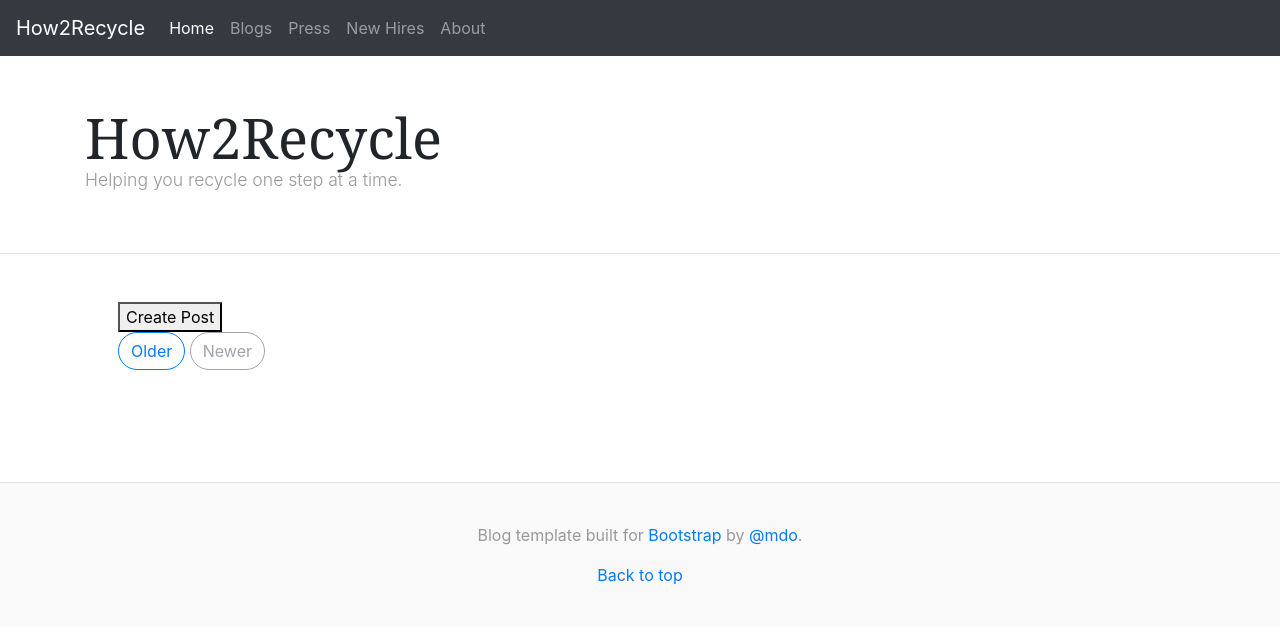
Repository: AshokSasi/CopyNPasta-Recycle-App
Page: http://localhost/posts/index
These files come from the project's save history. The page is drawn as it stood at one moment and after the next save; the edit follows.
The browser window is 1280 px wide. The pictures show the whole page.
The page is served by the project's Laravel application, run on PHP 8.4 with Laravel 8. Other server files are loaded and not shown. Queries for data that is not in the repository find no rows.

Above is the page before, as saved 2021-09-25 15:10:26.

### routes/web.php
<?php


Route::get('/','ItemsController@index');

Route::get('/home/{item}','ItemsController@show');

Route::get('/posts/index','PostsController@index');

Route::get('/posts/create','PostsController@create');

Route::post('/posts','PostsController@store');


Route::get('/posts/{post}','PostsController@show');

Route::post('/posts/{post}/comments','CommentsController@store');

### app/Http/Controllers/PostsController.php
<?php

namespace App\Http\Controllers;

use Illuminate\Http\Request;

use App\Post;

class PostsController extends Controller
{
    public function index()
    {
        $posts = Post::latest()->get();

        return view('posts.index',compact('posts'));
    }

    public function show(Post $post)
    {

        return view('posts.show',compact('post'));
    }

    public function create()
    {
        return view('posts.create');
    }

    public function store()
    {


        //Validate requires data
        $this->validate(request(),[
            'title' => 'required',
            'body' => 'required'
        ]);

        //create
        Post::create(request(['title','body']));

        //And redirect to home page
        return redirect('/');
    }
}

### app/Post.php
<?php

namespace App;


class Post extends Model
{
    public function comments()
    {
        return $this->hasMany(Comment::class);


    }

    public function addComment($body)
    {

       //add a comment to a post
        $this->comments()->create(compact('body'));

    }


}

### app/Model.php
<?php

namespace App;

use Illuminate\Database\Eloquent\Model as Eloquent;

class Model extends Eloquent
{

    protected $guarded = [];
}

### resources/views/posts/index.blade.php
@extends('layouts.master')

@section('content')



        <div class="col-md-8 blog-main">
          <button>Create Post</button>

          @foreach ($posts as $post)

             @include('posts.post')

          @endforeach


          <nav class="blog-pagination">
            <a class="btn btn-outline-primary" href="#">Older</a>
            <a class="btn btn-outline-secondary disabled" href="#">Newer</a>
          </nav>

        </div><!-- /.blog-main -->



      <!-- /.row -->

   <!-- /.container -->



@endsection

### resources/views/layouts/master.blade.php

<!doctype html>
<html lang="en">
  <head>
    <meta charset="utf-8">
    <meta name="viewport" content="width=device-width, initial-scale=1, shrink-to-fit=no">
    <meta name="description" content="">
    <meta name="author" content="">
    <link rel="icon" href="/docs/4.0/assets/img/favicons/favicon.ico">

    <title>The Bootstrap Blog</title>

    <link rel="canonical" href="https://getbootstrap.com/docs/4.0/examples/album/">

    <!-- Bootstrap core CSS -->
    <link rel="stylesheet" href="https://maxcdn.bootstrapcdn.com/bootstrap/4.0.0/css/bootstrap.min.css"
    integrity="sha384-Gn5384xqQ1aoWXA+058RXPxPg6fy4IWvTNh0E263XmFcJlSAwiGgFAW/dAiS6JXm" crossorigin="anonymous">

    <!-- Custom styles for this template -->
    <link href="/css/app.css" rel="stylesheet">
  </head>

  <body>

    <header>


    @include('layouts.nav')


    </header>

<div class="container p-3 p-md-5">
  <div class="row">
    @yield('content')

  </div>

</div>
@include('layouts.footer')

    <!-- Bootstrap core JavaScript
    ================================================== -->
    <!-- Placed at the end of the document so the pages load faster -->

  </body>
</html>

### resources/views/layouts/nav.blade.php
<nav class="navbar navbar-expand-lg navbar-dark bg-dark">
  <a class="navbar-brand" href="/">How2Recycle</a>
  <button class="navbar-toggler" type="button" data-toggle="collapse" data-target="#navbarSupportedContent" aria-controls="navbarSupportedContent" aria-expanded="false" aria-label="Toggle navigation">
    <span class="navbar-toggler-icon"></span>
  </button>

  <div class="collapse navbar-collapse" id="navbarSupportedContent">
    <ul class="navbar-nav mr-auto">
      <li class="nav-item active">
        <a class="nav-link" href="/">Home <span class="sr-only">(current)</span></a>
      </li>
      <li class="nav-item">
        <a class="nav-link" href="/posts/index">Blogs</a>
      </li>
      <li class="nav-item">
        <a class="nav-link" href="#">Press</a>
      </li>
      <li class="nav-item">
        <a class="nav-link" href="#">New Hires</a>
      </li>
      <li class="nav-item">
        <a class="nav-link" href="#">About</a>
      </li>


    </ul>

  </div>
</nav>

<div class="blog-header p-3 p-md-5">
  <div class="container">
    <h1 class="blog-title">How2Recycle</h1>
    <p class="lead blog-description">Helping you recycle one step at a time.</p>
  </div>
</div>

### resources/views/layouts/footer.blade.php
<footer class="blog-footer">
  <p>Blog template built for <a href="https://getbootstrap.com/">Bootstrap</a> by <a href="https://twitter.com/mdo">@mdo</a>.</p>
  <p>
    <a href="#">Back to top</a>
  </p>
</footer>

### public/css/app.css
/* stylelint-disable selector-list-comma-newline-after */

.blog-header {
    line-height: 1;
    border-bottom: 1px solid #e5e5e5;
  }

  .blog-header-logo {
    font-family: "Playfair Display", Georgia, "Times New Roman", serif;
    font-size: 2.25rem;
  }

  .blog-header-logo:hover {
    text-decoration: none;
  }

  h1,
  h2,
  h3,
  h4,
  h5,
  h6 {
    font-family: "Playfair Display", Georgia, "Times New Roman", serif;
  }

  .display-4 {
    font-size: 2.5rem;
  }

  @media (min-width: 768px) {
    .display-4 {
      font-size: 3rem;
    }
  }

  .nav-scroller {
    position: relative;
    z-index: 2;
    height: 2.75rem;
    overflow-y: hidden;
  }

  .nav-scroller .nav {
    display: -webkit-box;
    display: -ms-flexbox;
    display: flex;
    -ms-flex-wrap: nowrap;
    flex-wrap: nowrap;
    padding-bottom: 1rem;
    margin-top: -1px;
    overflow-x: auto;
    text-align: center;
    white-space: nowrap;
    -webkit-overflow-scrolling: touch;
  }

  .nav-scroller .nav-link {
    padding-top: .75rem;
    padding-bottom: .75rem;
    font-size: .875rem;
  }

  .card-img-right {
    height: 100%;
    border-radius: 0 3px 3px 0;
  }

  .flex-auto {
    -ms-flex: 0 0 auto;
    -webkit-box-flex: 0;
    flex: 0 0 auto;
  }

  .h-250 {
    height: 250px;
  }

  @media (min-width: 768px) {
    .h-md-250 {
      height: 250px;
    }
  }

  .border-top {
    border-top: 1px solid #e5e5e5;
  }

  .border-bottom {
    border-bottom: 1px solid #e5e5e5;
  }

  .box-shadow {
    -webkit-box-shadow: 0 0.25rem 0.75rem rgba(0, 0, 0, 0.05);
            box-shadow: 0 0.25rem 0.75rem rgba(0, 0, 0, 0.05);
  }

  /*
     * Blog name and description
     */

  .blog-title {
    margin-bottom: 0;
    font-size: 2rem;
    font-weight: 400;
  }

  .blog-description {
    font-size: 1.1rem;
    color: #999;
  }

  @media (min-width: 40em) {
    .blog-title {
      font-size: 3.5rem;
    }
  }

  /* Pagination */

  .blog-pagination {
    margin-bottom: 4rem;
  }

  .blog-pagination > .btn {
    border-radius: 2rem;
  }

  /*
     * Blog posts
     */

  .blog-post {
    margin-bottom: 4rem;
  }

  .blog-post-title {
    margin-bottom: .25rem;
    font-size: 2.5rem;
  }

  .blog-post-meta {
    margin-bottom: 1.25rem;
    color: #999;
  }

  /*
     * Footer
     */

  .blog-footer {
    padding: 2.5rem 0;
    color: #999;
    text-align: center;
    background-color: #f9f9f9;
    border-top: .05rem solid #e5e5e5;
  }

  .blog-footer p:last-child {
    margin-bottom: 0;
  }

/* stylelint-disable selector-list-comma-newline-after */

.blog-header {
    line-height: 1;
    border-bottom: 1px solid #e5e5e5;
  }

  .blog-header-logo {
    font-family: "Playfair Display", Georgia, "Times New Roman", serif;
    font-size: 2.25rem;
  }

  .blog-header-logo:hover {
    text-decoration: none;
  }

  h1,
  h2,
  h3,
  h4,
  h5,
  h6 {
    font-family: "Playfair Display", Georgia, "Times New Roman", serif;
  }

  .display-4 {
    font-size: 2.5rem;
  }

  @media (min-width: 768px) {
    .display-4 {
      font-size: 3rem;
    }
  }

  .nav-scroller {
    position: relative;
    z-index: 2;
    height: 2.75rem;
    overflow-y: hidden;
  }

  .nav-scroller .nav {
    display: -webkit-box;
    display: -ms-flexbox;
    display: flex;
    -ms-flex-wrap: nowrap;
    flex-wrap: nowrap;
    padding-bottom: 1rem;
    margin-top: -1px;
    overflow-x: auto;
    text-align: center;
    white-space: nowrap;
    -webkit-overflow-scrolling: touch;
  }

  .nav-scroller .nav-link {
    padding-top: .75rem;
    padding-bottom: .75rem;
    font-size: .875rem;
  }

  .card-img-right {
    height: 100%;
    border-radius: 0 3px 3px 0;
  }

  .flex-auto {
    -ms-flex: 0 0 auto;
    -webkit-box-flex: 0;
    flex: 0 0 auto;
  }

  .h-250 {
    height: 250px;
  }

  @media (min-width: 768px) {
    .h-md-250 {
      height: 250px;
    }
  }

  .border-top {
    border-top: 1px solid #e5e5e5;
  }

  .border-bottom {
    border-bottom: 1px solid #e5e5e5;
  }

  .box-shadow {
    -webkit-box-shadow: 0 0.25rem 0.75rem rgba(0, 0, 0, 0.05);
            box-shadow: 0 0.25rem 0.75rem rgba(0, 0, 0, 0.05);
  }

  /*
     * Blog name and description
     */

  .blog-title {
    margin-bottom: 0;
    font-size: 2rem;
    font-weight: 400;
  }

  .blog-description {
    font-size: 1.1rem;
    color: #999;
  }

  @media (min-width: 40em) {
    .blog-title {
      font-size: 3.5rem;
    }
  }

  /* Pagination */

  .blog-pagination {
    margin-bottom: 4rem;
  }

  .blog-pagination > .btn {
    border-radius: 2rem;
  }

  /*
     * Blog posts
     */

  .blog-post {
    margin-bottom: 4rem;
  }

  .blog-post-title {
    margin-bottom: .25rem;
    font-size: 2.5rem;
  }

  .blog-post-meta {
    margin-bottom: 1.25rem;
    color: #999;
  }

  /*
     * Footer
     */

  .blog-footer {
    padding: 2.5rem 0;
    color: #999;
    text-align: center;
    background-color: #f9f9f9;
    border-top: .05rem solid #e5e5e5;
  }

  .blog-footer p:last-child {
    margin-bottom: 0;
  }
  .red-text{
    color:red;
  }

  /* ============================================================================================== */

Loaded but not shown: app/Http/Controllers/Controller.php (common file)

After the next save:
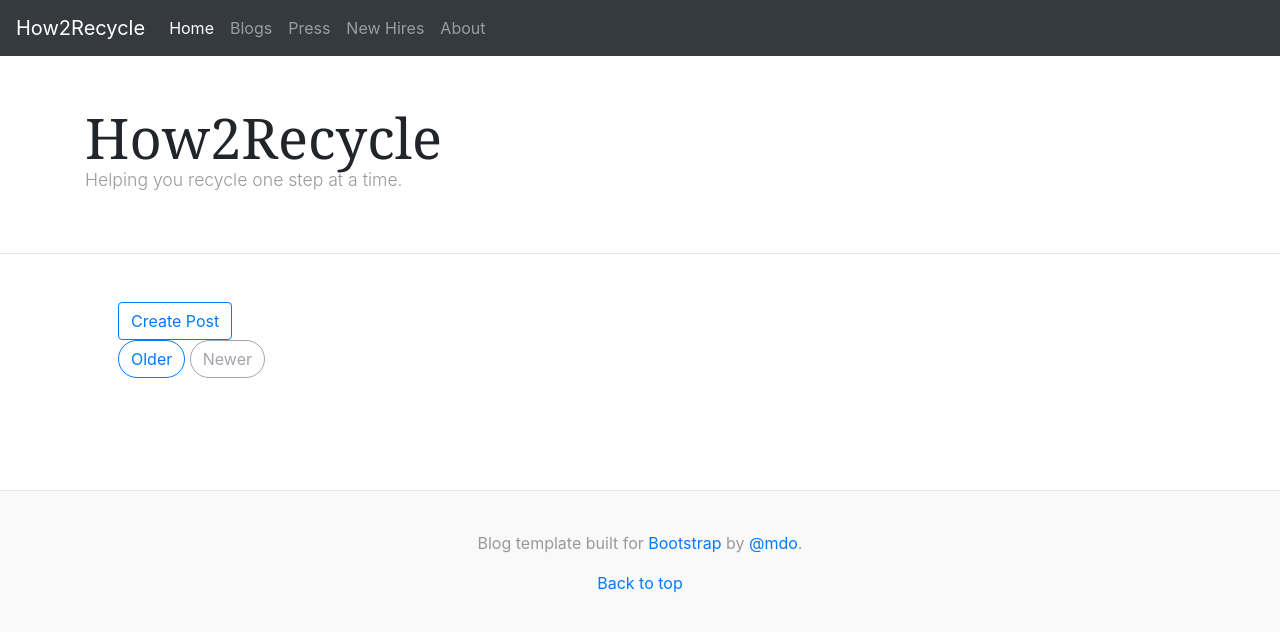
Saved 25 s later.
--- a/resources/views/posts/index.blade.php
+++ b/resources/views/posts/index.blade.php
@@ -5,7 +5,7 @@
 
 
         <div class="col-md-8 blog-main">
-          <button>Create Post</button>
+          <a class="btn btn-outline-primary" href="#">Create Post</a>
 
           @foreach ($posts as $post)
 
